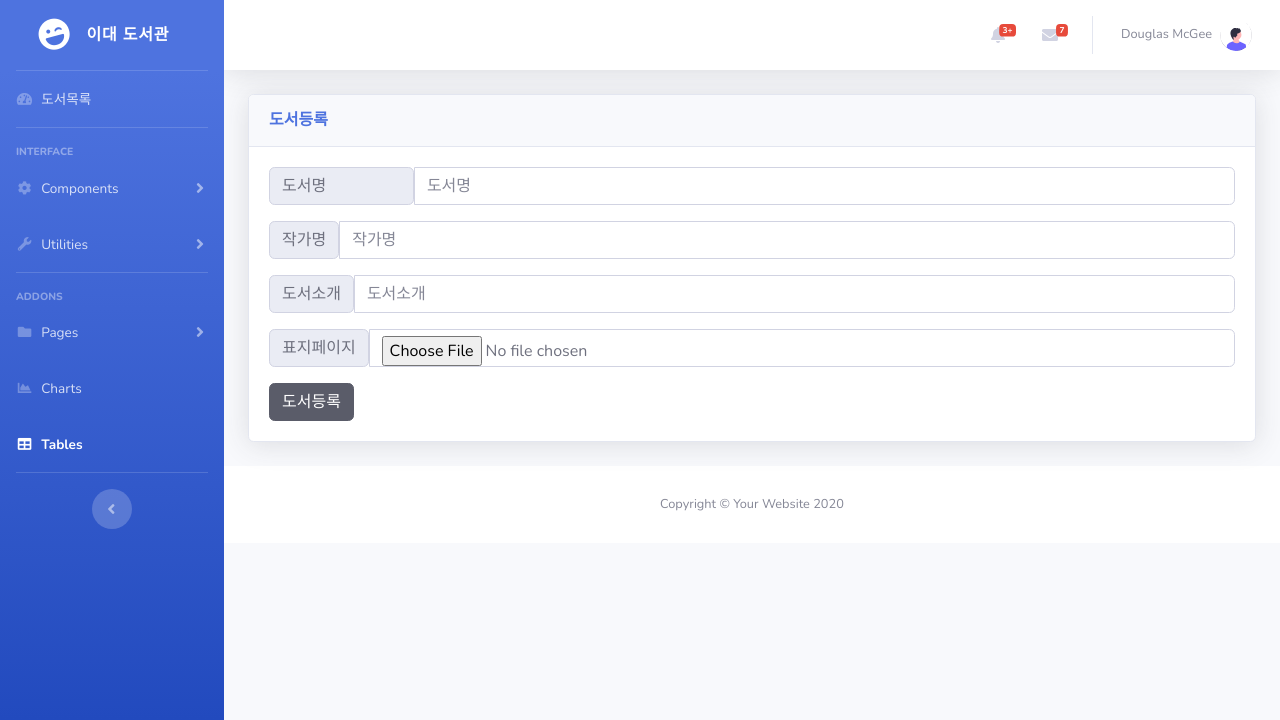
Repository: allely/spring
Page: http://localhost/jsp/book/reg.jsp
These files come from the project's save history. The page is drawn as it stood at one moment and after the next save; the edit follows.
The browser window is 1280 px wide. The pictures show the whole page.
The page is served by Tomcat 9. Other server files are loaded and not shown.

Above is the page before, as saved 2023-11-27 02:15:56.

### 2. 서블릿 & JSP/jsp/jsp/src/main/webapp/book/reg.jsp
<%@ page language="java" contentType="text/html; charset=UTF-8"
    pageEncoding="UTF-8"%>
<!DOCTYPE html>
<html>
<head>
<meta charset="UTF-8">
<title>Insert title here</title>
<style>
	.w-15{width: 15%}
	.w-20{width: 15%}
</style>
</head>
<body>
<script type="text/javascript">
	window.onload = function(){
		// regBtn 요소에 이벤트를 추가한다. (아이디로 접근하는 방법)
		regBtn.addEventListener('click', function(){
			// form요소의 이름으로 접근하여 폼을 전송한다.(새로운 페이지 요청)
			regForm.submit();
		});
	}
</script>
	<!-- 도서 등록 화면 -->
	<%@include file="/header.jsp" %>

	<!-- 메인컨텐츠 영역 시작-->
	<div class="container-fluid">
			<div class="card shadow mb-4">

				<div class="card-header py-3">
					<h6 class="m-0 font-weight-bold text-primary">도서등록</h6>
				</div>

				<div class="card-body">
				<!-- 폼등록 -->
				<form action="/book/bookRegProcess" name="regForm" method="post">
					<div class="input-group mb-3">
						<span class="w-15 input-group-text" id="basic-addon1">도서명</span>
						<input type="text" class="form-control" placeholder="도서명" name="title" aria-label="Username" aria-describedby="basic-addon1">
					</div>

					<div class="input-group mb-3">
						<span class="w 20 input-group-text" id="basic-addon1">작가명</span>
						<input type="text" class="form-control" placeholder="작가명" name="author" aria-label="Username" aria-describedby="basic-addon1">
					</div>

					<div class="input-group mb-3">
						<span class="input-group-text" id="basic-addon1">도서소개</span>
						<input type="text" class="form-control" placeholder="도서소개" name="content" aria-label="Username" aria-describedby="basic-addon1">
					</div>

					<div class="input-group mb-3">
						<span class="input-group-text" id="basic-addon1">표지페이지</span>
						 <input type="file" class="form-control" id="inputGroupFile01" name="imgFile">
					</div>

					<button type="button" class="btn btn-dark" id="regBtn">도서등록</button>
				</form>
				</div>

			</div>
	</div>
	<%@include file="/footer.jsp" %>
</body>
</html>

### 2. 서블릿 & JSP/jsp/jsp/src/main/webapp/header.jsp
<%@ page language="java" contentType="text/html; charset=UTF-8"
	pageEncoding="UTF-8"%>
<!DOCTYPE html>
<html>
<head>

<meta charset="utf-8">
<meta http-equiv="X-UA-Compatible" content="IE=edge">
<meta name="viewport"
	content="width=device-width, initial-scale=1, shrink-to-fit=no">
<meta name="description" content="">
<meta name="author" content="">

<title>SB Admin 2 - Tables</title>

<!-- Custom fonts for this template -->
<link href="../vendor/fontawesome-free/css/all.min.css" rel="stylesheet"
	type="text/css">
<link
	href="https://fonts.googleapis.com/css?family=Nunito:200,200i,300,300i,400,400i,600,600i,700,700i,800,800i,900,900i"
	rel="stylesheet">

<!-- Custom styles for this template -->
<link href="/css/sb-admin-2.min.css" rel="stylesheet">

<!-- Custom styles for this page -->
<link href="/vendor/datatables/dataTables.bootstrap4.min.css"
	rel="stylesheet">

</head>

<body id="page-top">

	<!-- Page Wrapper -->
	<div id="wrapper">

		<!-- Sidebar -->
		<ul
			class="navbar-nav bg-gradient-primary sidebar sidebar-dark accordion"
			id="accordionSidebar">

			<!-- Sidebar - Brand -->
			<a
				class="sidebar-brand d-flex align-items-center justify-content-center"
				href="index.html">
				<div class="sidebar-brand-icon rotate-n-15">
					<i class="fas fa-laugh-wink"></i>
				</div>
				<div class="sidebar-brand-text mx-3">
					이대 도서관</sup>
				</div>
			</a>

			<!-- Divider -->
			<hr class="sidebar-divider my-0">

			<!-- Nav Item - Dashboard -->
			<li class="nav-item"><a class="nav-link" href="index.html">
					<i class="fas fa-fw fa-tachometer-alt"></i> <span>도서목록</span>
			</a></li>

			<!-- Divider -->
			<hr class="sidebar-divider">

			<!-- Heading -->
			<div class="sidebar-heading">Interface</div>

			<!-- Nav Item - Pages Collapse Menu -->
			<li class="nav-item"><a class="nav-link collapsed" href="#"
				data-toggle="collapse" data-target="#collapseTwo"
				aria-expanded="true" aria-controls="collapseTwo"> <i
					class="fas fa-fw fa-cog"></i> <span>Components</span>
			</a>
				<div id="collapseTwo" class="collapse" aria-labelledby="headingTwo"
					data-parent="#accordionSidebar">
					<div class="bg-white py-2 collapse-inner rounded">
						<h6 class="collapse-header">Custom Components:</h6>
						<a class="collapse-item" href="buttons.html">Buttons</a> <a
							class="collapse-item" href="cards.html">Cards</a>
					</div>
				</div></li>

			<!-- Nav Item - Utilities Collapse Menu -->
			<li class="nav-item"><a class="nav-link collapsed" href="#"
				data-toggle="collapse" data-target="#collapseUtilities"
				aria-expanded="true" aria-controls="collapseUtilities"> <i
					class="fas fa-fw fa-wrench"></i> <span>Utilities</span>
			</a>
				<div id="collapseUtilities" class="collapse"
					aria-labelledby="headingUtilities" data-parent="#accordionSidebar">
					<div class="bg-white py-2 collapse-inner rounded">
						<h6 class="collapse-header">Custom Utilities:</h6>
						<a class="collapse-item" href="utilities-color.html">Colors</a> <a
							class="collapse-item" href="utilities-border.html">Borders</a> <a
							class="collapse-item" href="utilities-animation.html">Animations</a>
						<a class="collapse-item" href="utilities-other.html">Other</a>
					</div>
				</div></li>

			<!-- Divider -->
			<hr class="sidebar-divider">

			<!-- Heading -->
			<div class="sidebar-heading">Addons</div>

			<!-- Nav Item - Pages Collapse Menu -->
			<li class="nav-item"><a class="nav-link collapsed" href="#"
				data-toggle="collapse" data-target="#collapsePages"
				aria-expanded="true" aria-controls="collapsePages"> <i
					class="fas fa-fw fa-folder"></i> <span>Pages</span>
			</a>
				<div id="collapsePages" class="collapse"
					aria-labelledby="headingPages" data-parent="#accordionSidebar">
					<div class="bg-white py-2 collapse-inner rounded">
						<h6 class="collapse-header">Login Screens:</h6>
						<a class="collapse-item" href="login.html">Login</a> <a
							class="collapse-item" href="register.html">Register</a> <a
							class="collapse-item" href="forgot-password.html">Forgot
							Password</a>
						<div class="collapse-divider"></div>
						<h6 class="collapse-header">Other Pages:</h6>
						<a class="collapse-item" href="404.html">404 Page</a> <a
							class="collapse-item" href="blank.html">Blank Page</a>
					</div>
				</div></li>

			<!-- Nav Item - Charts -->
			<li class="nav-item"><a class="nav-link" href="charts.html">
					<i class="fas fa-fw fa-chart-area"></i> <span>Charts</span>
			</a></li>

			<!-- Nav Item - Tables -->
			<li class="nav-item active"><a class="nav-link"
				href="tables.html"> <i class="fas fa-fw fa-table"></i> <span>Tables</span></a>
			</li>

			<!-- Divider -->
			<hr class="sidebar-divider d-none d-md-block">

			<!-- Sidebar Toggler (Sidebar) -->
			<div class="text-center d-none d-md-inline">
				<button class="rounded-circle border-0" id="sidebarToggle"></button>
			</div>

		</ul>
		<!-- End of Sidebar -->

		<!-- Content Wrapper -->
		<div id="content-wrapper" class="d-flex flex-column">

			<!-- Main Content -->
			<div id="content">

				<!-- Topbar -->
				<nav
					class="navbar navbar-expand navbar-light bg-white topbar mb-4 static-top shadow">

					<!-- Sidebar Toggle (Topbar) -->
					<form class="form-inline">
						<button id="sidebarToggleTop"
							class="btn btn-link d-md-none rounded-circle mr-3">
							<i class="fa fa-bars"></i>
						</button>
					</form>




					<!-- Topbar Navbar -->
					<ul class="navbar-nav ml-auto">

						<!-- Nav Item - Search Dropdown (Visible Only XS) -->
						<li class="nav-item dropdown no-arrow d-sm-none"><a
							class="nav-link dropdown-toggle" href="#" id="searchDropdown"
							role="button" data-toggle="dropdown" aria-haspopup="true"
							aria-expanded="false"> <i class="fas fa-search fa-fw"></i>
						</a> <!-- Dropdown - Messages -->
							<div
								class="dropdown-menu dropdown-menu-right p-3 shadow animated--grow-in"
								aria-labelledby="searchDropdown">
								<form class="form-inline mr-auto w-100 navbar-search">
									<div class="input-group">
										<input type="text"
											class="form-control bg-light border-0 small"
											placeholder="Search for..." aria-label="Search"
											aria-describedby="basic-addon2">
										<div class="input-group-append">
											<button class="btn btn-primary" type="button">
												<i class="fas fa-search fa-sm"></i>
											</button>
										</div>
									</div>
								</form>
							</div></li>


						<!-- Nav Item - Alerts -->
						<li class="nav-item dropdown no-arrow mx-1"><a
							class="nav-link dropdown-toggle" href="#" id="alertsDropdown"
							role="button" data-toggle="dropdown" aria-haspopup="true"
							aria-expanded="false"> <i class="fas fa-bell fa-fw"></i> <!-- Counter - Alerts -->
								<span class="badge badge-danger badge-counter">3+</span>
						</a> <!-- Dropdown - Alerts -->
							<div
								class="dropdown-list dropdown-menu dropdown-menu-right shadow animated--grow-in"
								aria-labelledby="alertsDropdown">
								<h6 class="dropdown-header">Alerts Center</h6>
								<a class="dropdown-item d-flex align-items-center" href="#">
									<div class="mr-3">
										<div class="icon-circle bg-primary">
											<i class="fas fa-file-alt text-white"></i>
										</div>
									</div>
									<div>
										<div class="small text-gray-500">December 12, 2019</div>
										<span class="font-weight-bold">A new monthly report is
											ready to download!</span>
									</div>
								</a> <a class="dropdown-item d-flex align-items-center" href="#">
									<div class="mr-3">
										<div class="icon-circle bg-success">
											<i class="fas fa-donate text-white"></i>
										</div>
									</div>
									<div>
										<div class="small text-gray-500">December 7, 2019</div>
										$290.29 has been deposited into your account!
									</div>
								</a> <a class="dropdown-item d-flex align-items-center" href="#">
									<div class="mr-3">
										<div class="icon-circle bg-warning">
											<i class="fas fa-exclamation-triangle text-white"></i>
										</div>
									</div>
									<div>
										<div class="small text-gray-500">December 2, 2019</div>
										Spending Alert: We've noticed unusually high spending for your
										account.
									</div>
								</a> <a class="dropdown-item text-center small text-gray-500"
									href="#">Show All Alerts</a>
							</div></li>

						<!-- Nav Item - Messages -->
						<li class="nav-item dropdown no-arrow mx-1"><a
							class="nav-link dropdown-toggle" href="#" id="messagesDropdown"
							role="button" data-toggle="dropdown" aria-haspopup="true"
							aria-expanded="false"> <i class="fas fa-envelope fa-fw"></i>
								<!-- Counter - Messages --> <span
								class="badge badge-danger badge-counter">7</span>
						</a> <!-- Dropdown - Messages -->
							<div
								class="dropdown-list dropdown-menu dropdown-menu-right shadow animated--grow-in"
								aria-labelledby="messagesDropdown">
								<h6 class="dropdown-header">Message Center</h6>
								<a class="dropdown-item d-flex align-items-center" href="#">
									<div class="dropdown-list-image mr-3">
										<img class="rounded-circle" src="img/undraw_profile_1.svg"
											alt="...">
										<div class="status-indicator bg-success"></div>
									</div>
									<div class="font-weight-bold">
										<div class="text-truncate">Hi there! I am wondering if
											you can help me with a problem I've been having.</div>
										<div class="small text-gray-500">Emily Fowler · 58m</div>
									</div>
								</a> <a class="dropdown-item d-flex align-items-center" href="#">
									<div class="dropdown-list-image mr-3">
										<img class="rounded-circle" src="img/undraw_profile_2.svg"
											alt="...">
										<div class="status-indicator"></div>
									</div>
									<div>
										<div class="text-truncate">I have the photos that you
											ordered last month, how would you like them sent to you?</div>
										<div class="small text-gray-500">Jae Chun · 1d</div>
									</div>
								</a> <a class="dropdown-item d-flex align-items-center" href="#">
									<div class="dropdown-list-image mr-3">
										<img class="rounded-circle" src="img/undraw_profile_3.svg"
											alt="...">
										<div class="status-indicator bg-warning"></div>
									</div>
									<div>
										<div class="text-truncate">Last month's report looks
											great, I am very happy with the progress so far, keep up the
											good work!</div>
										<div class="small text-gray-500">Morgan Alvarez · 2d</div>
									</div>
								</a> <a class="dropdown-item d-flex align-items-center" href="#">
									<div class="dropdown-list-image mr-3">
										<img class="rounded-circle"
											src="https://source.unsplash.com/Mv9hjnEUHR4/60x60" alt="...">
										<div class="status-indicator bg-success"></div>
									</div>
									<div>
										<div class="text-truncate">Am I a good boy? The reason I
											ask is because someone told me that people say this to all
											dogs, even if they aren't good...</div>
										<div class="small text-gray-500">Chicken the Dog · 2w</div>
									</div>
								</a> <a class="dropdown-item text-center small text-gray-500"
									href="#">Read More Messages</a>
							</div></li>

						<div class="topbar-divider d-none d-sm-block"></div>

						<!-- Nav Item - User Information -->
						<li class="nav-item dropdown no-arrow"><a
							class="nav-link dropdown-toggle" href="#" id="userDropdown"
							role="button" data-toggle="dropdown" aria-haspopup="true"
							aria-expanded="false"> <span
								class="mr-2 d-none d-lg-inline text-gray-600 small">Douglas
									McGee</span> <img class="img-profile rounded-circle"
								src="img/undraw_profile.svg">
						</a> <!-- Dropdown - User Information -->
							<div
								class="dropdown-menu dropdown-menu-right shadow animated--grow-in"
								aria-labelledby="userDropdown">
								<a class="dropdown-item" href="#"> <i
									class="fas fa-user fa-sm fa-fw mr-2 text-gray-400"></i> Profile
								</a> <a class="dropdown-item" href="#"> <i
									class="fas fa-cogs fa-sm fa-fw mr-2 text-gray-400"></i>
									Settings
								</a> <a class="dropdown-item" href="#"> <i
									class="fas fa-list fa-sm fa-fw mr-2 text-gray-400"></i>
									Activity Log
								</a>
								<div class="dropdown-divider"></div>
								<a class="dropdown-item" href="#" data-toggle="modal"
									data-target="#logoutModal"> <i
									class="fas fa-sign-out-alt fa-sm fa-fw mr-2 text-gray-400"></i>
									Logout
								</a>
							</div></li>

					</ul>

				</nav>
				<!-- End of Topbar -->
</body>
</html>

### 2. 서블릿 & JSP/jsp/jsp/src/main/webapp/footer.jsp
<%@ page language="java" contentType="text/html; charset=UTF-8"
    pageEncoding="UTF-8"%>
<!DOCTYPE html>
<html>
<head>
<meta charset="UTF-8">
<title>Insert title here</title>
</head>
<body>
<div>
<div>

 <!-- Footer -->
            <footer class="sticky-footer bg-white">
                <div class="container my-auto">
                    <div class="copyright text-center my-auto">
                        <span>Copyright &copy; Your Website 2020</span>
                    </div>
                </div>
            </footer>
            <!-- End of Footer -->

        </div>
        <!-- End of Content Wrapper -->

    </div>
    <!-- End of Page Wrapper -->

    <!-- Scroll to Top Button-->
    <a class="scroll-to-top rounded" href="#page-top">
        <i class="fas fa-angle-up"></i>
    </a>

    <!-- Logout Modal-->
    <div class="modal fade" id="logoutModal" tabindex="-1" role="dialog" aria-labelledby="exampleModalLabel"
        aria-hidden="true">
        <div class="modal-dialog" role="document">
            <div class="modal-content">
                <div class="modal-header">
                    <h5 class="modal-title" id="exampleModalLabel">Ready to Leave?</h5>
                    <button class="close" type="button" data-dismiss="modal" aria-label="Close">
                        <span aria-hidden="true">×</span>
                    </button>
                </div>
                <div class="modal-body">Select "Logout" below if you are ready to end your current session.</div>
                <div class="modal-footer">
                    <button class="btn btn-secondary" type="button" data-dismiss="modal">Cancel</button>
                    <a class="btn btn-primary" href="login.html">Logout</a>
                </div>
            </div>
        </div>
    </div>

    <!-- Bootstrap core JavaScript-->
    <script src="/vendor/jquery/jquery.min.js"></script>
    <script src="/vendor/bootstrap/js/bootstrap.bundle.min.js"></script>

    <!-- Core plugin JavaScript-->
    <script src="/vendor/jquery-easing/jquery.easing.min.js"></script>

    <!-- Custom scripts for all pages-->
    <script src="js/sb-admin-2.min.js"></script>

    <!-- Page level plugins -->
    <script src="/vendor/datatables/jquery.dataTables.min.js"></script>
    <script src="/vendor/datatables/dataTables.bootstrap4.min.js"></script>

    <!-- Page level custom scripts -->
    <script src="js/demo/datatables-demo.js"></script>

</body>
</html>

### 2. 서블릿 & JSP/jsp/jsp/src/main/webapp/img/undraw_profile.svg
<svg xmlns="http://www.w3.org/2000/svg" width="532" height="532" viewBox="0 0 532 532" xmlns:xlink="http://www.w3.org/1999/xlink"><circle cx="270.75986" cy="260.93427" r="86.34897" fill="#ffb6b6"/><polygon points="221.18982 360.05209 217.28876 320.6185 295.18982 306.05209 341.18982 418.05209 261.18982 510.05209 204.18982 398.05209 221.18982 360.05209" fill="#ffb6b6"/><path d="m216.0374,340.35736l17.03111,3.84802s-13.38821-42.45453-8.84396-46.50766c4.54427-4.05316,15.68007,2.33328,15.68007,2.33328l11.70201,13.1199,14.25394-14.51239s15.47495-19.2421,21.53397-24.6463-3.67319-25.46364-3.67319-25.46364c0,0,89.89185-24.23923,56.44299-67.83968,0,0-19.61093-34.18452-25.99734-23.04871-6.38641,11.1358-14.00162-6.55013-14.00162-6.55013l-23.25381,4.42198s-45.89429-27.06042-89.45331,30.82959c-43.55902,57.89003,28.57916,154.01572,28.57916,154.01572h-.00002Z" fill="#2f2e41"/><path d="m433.16003,472.95001c-47.19,38.26001-105.57001,59.04999-167.16003,59.04999-56.23999,0-109.81-17.33997-154.62-49.47998.08002-.84003.16003-1.66998.23004-2.5,1.19-13,2.25-25.64001,2.94995-36.12,2.71002-40.69,97.64001-67.81,97.64001-67.81,0,0,.42999.42999,1.29004,1.17999,5.23999,4.59998,26.50995,21.27997,63.81,25.94,33.25995,4.15997,44.20996-15.57001,47.51996-25.02002,1-2.88,1.30005-4.81,1.30005-4.81l97.63995,46.10999c6.37,9.10004,8.86005,28.70001,9.35004,50.73004.01996.90997.03998,1.81.04999,2.72998Z" fill="#6c63ff"/><path d="m454.09003,77.91003C403.85004,27.66998,337.05005,0,266,0S128.15002,27.66998,77.91003,77.91003C27.67004,128.15002,0,194.95001,0,266c0,64.85004,23.05005,126.16003,65.29004,174.57001,4.02997,4.63,8.23999,9.14001,12.62,13.52002,1.02997,1.02997,2.07001,2.06,3.12,3.06,2.79999,2.70996,5.65002,5.35999,8.54999,7.92999,1.76001,1.57001,3.54004,3.10999,5.34003,4.62,1.40997,1.19,2.82001,2.35999,4.25,3.51001.02997.02997.04999.04999.07996.07001,3.97003,3.19995,8.01001,6.27997,12.13,9.23999,44.81,32.14001,98.37999,49.47998,154.61998,49.47998,61.59003,0,119.97003-20.78998,167.16003-59.04999,3.84998-3.12,7.62-6.35999,11.32001-9.71002,3.26996-2.95996,6.46997-6.01001,9.60999-9.14996.98999-.98999,1.97998-1.98999,2.95001-3,2.70001-2.78003,5.32001-5.61005,7.88-8.48004,43.37-48.71997,67.07996-110.83997,67.07996-176.60999,0-71.04999-27.66998-137.84998-77.90997-188.08997Zm10.17999,362.20997c-2.5,2.84003-5.06,5.64001-7.67999,8.37-4.08002,4.25-8.28998,8.37-12.64001,12.34003-1.64996,1.52002-3.32001,3-5.01001,4.46997-1.91998,1.67004-3.85999,3.31-5.82996,4.92004-15.53003,12.75-32.54004,23.75-50.73004,32.70996-7.19,3.54999-14.56,6.78003-22.09998,9.67004-29.28998,11.23999-61.08002,17.39996-94.28003,17.39996-32.03998,0-62.75995-5.73999-91.19-16.23999-11.66998-4.29999-22.94995-9.40997-33.77997-15.26001-1.59003-.85999-3.16998-1.72998-4.73999-2.62-8.26001-4.67999-16.25-9.78998-23.91998-15.31-.25-.17999-.51001-.37-.76001-.54999-5.46002-3.94-10.77002-8.09003-15.90002-12.45001-1.88-1.59003-3.73999-3.20001-5.57001-4.84998-2.97998-2.65002-5.89996-5.38-8.75-8.18005-5.39996-5.28998-10.56-10.79999-15.48999-16.52997C26.09003,391.77002,2,331.65002,2,266,2,120.42999,120.43005,2,266,2s264,118.42999,264,264c0,66.66003-24.82996,127.62-65.72998,174.12Z" fill="#3f3d56"/></svg>

Loaded but not shown: 2. 서블릿 & JSP/jsp/jsp/src/main/webapp/css/sb-admin-2.min.css (library); 2. 서블릿 & JSP/jsp/jsp/src/main/webapp/js/sb-admin-2.min.js (common file); 2. 서블릿 & JSP/jsp/jsp/src/main/webapp/js/demo/datatables-demo.js (common file)

After the next save:
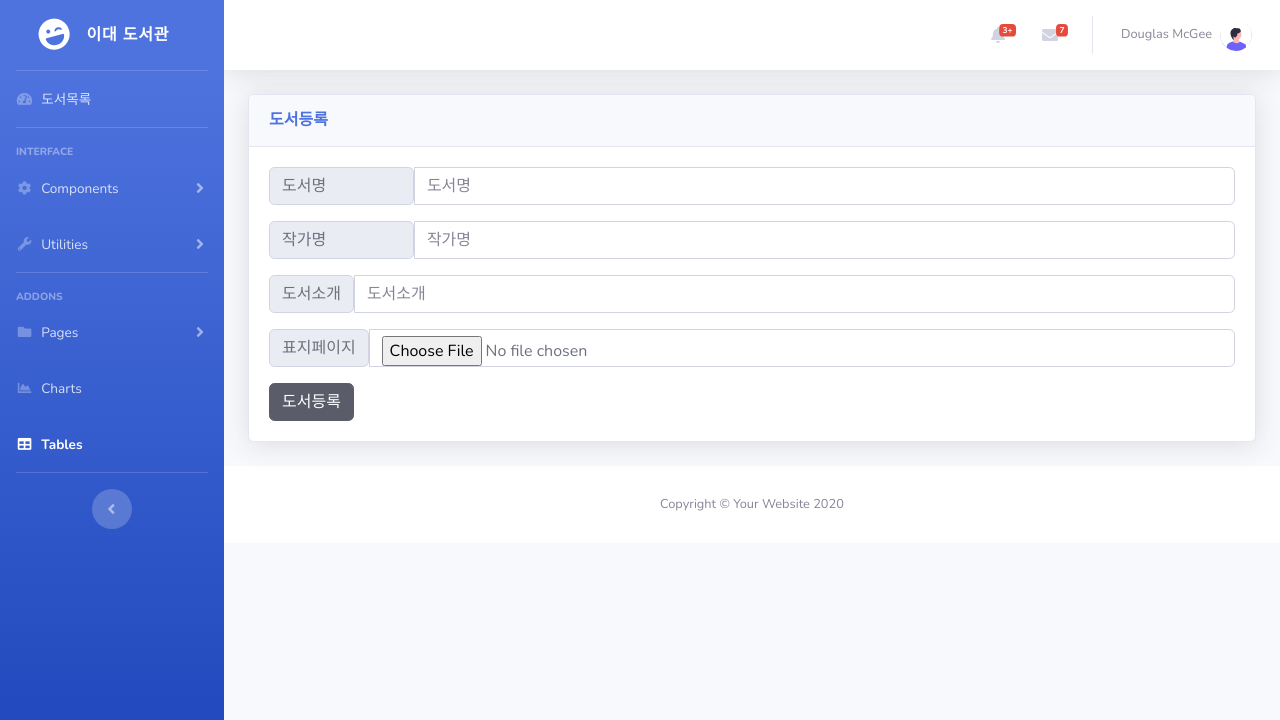
Saved 12 s later.
--- a/2. 서블릿 & JSP/jsp/jsp/src/main/webapp/book/reg.jsp
+++ b/2. 서블릿 & JSP/jsp/jsp/src/main/webapp/book/reg.jsp
@@ -40,7 +40,7 @@
 					</div>
 
 					<div class="input-group mb-3">
-						<span class="w 20 input-group-text" id="basic-addon1">작가명</span>
+						<span class="w-20 input-group-text" id="basic-addon1">작가명</span>
 						<input type="text" class="form-control" placeholder="작가명" name="author" aria-label="Username" aria-describedby="basic-addon1">
 					</div>
 
